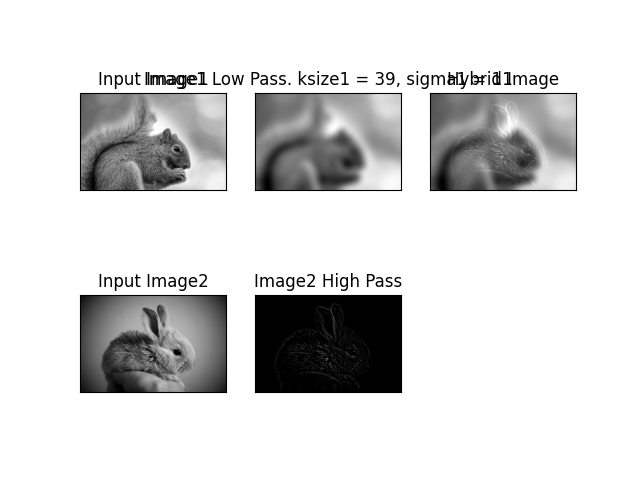
Repository: Yuer-yuan/CV
Script's output: python lab1-hybrid-image/gui/fft.py
An editor plug-in stored every save of this project. The script's output is shown before and after the next save, followed by the edit.
Random numbers start from a fixed seed. It also reads lab1-hybrid-image/gui/res/bunny1.png, lab1-hybrid-image/gui/res/squirrel1.png.

Above is the script's output before, as saved 2023-03-26 17:27:32.

After the next save:
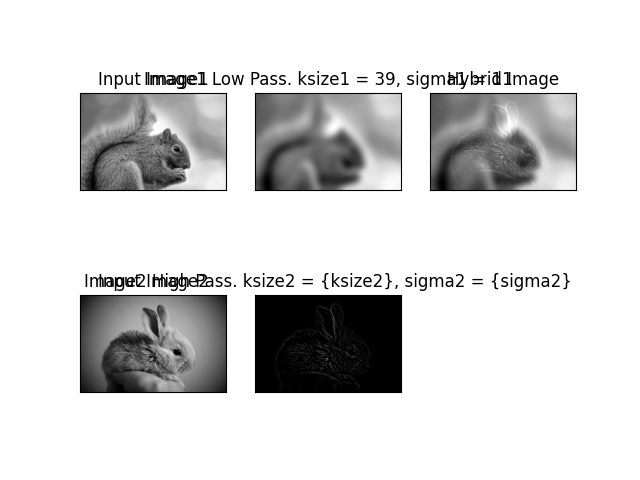
Saved 25 s later.
--- a/lab1-hybrid-image/gui/fft.py
+++ b/lab1-hybrid-image/gui/fft.py
@@ -27,7 +27,7 @@ def spatial_hybrid_image(img1, img2, ksize1, sigma1, ksize2, sigma2):
     plt.subplot(234), plt.imshow(img2, cmap='gray')
     plt.title('Input Image2'), plt.xticks([]), plt.yticks([])
     plt.subplot(235), plt.imshow(img2_high_pass, cmap='gray')
-    plt.title('Image2 High Pass'), plt.xticks([]), plt.yticks([])
+    plt.title('Image2 High Pass. ksize2 = {ksize2}, sigma2 = {sigma2}'), plt.xticks([]), plt.yticks([])
     plt.show()
 
 
